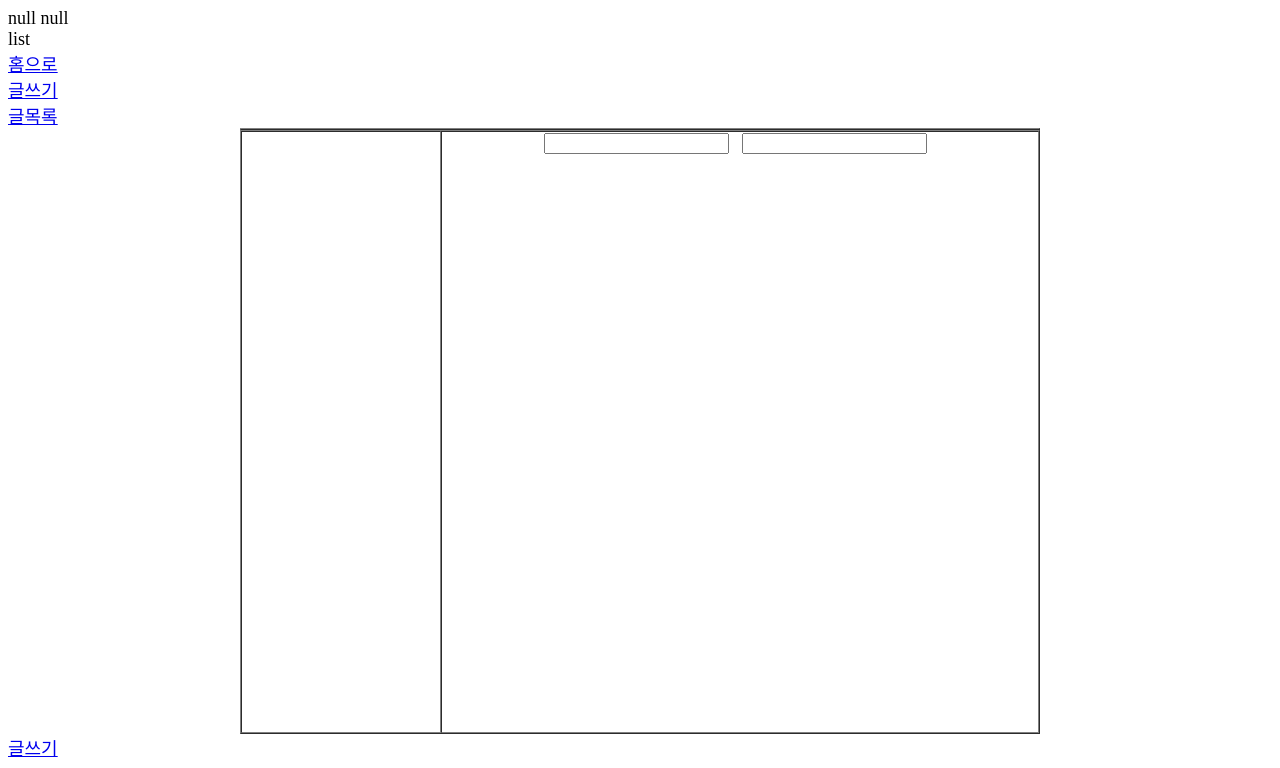
Repository: SniperDitto/save
Page: http://localhost/Boards0425/02_client/04_boards/list.jsp
An editor plug-in stored every save of this project. The page is shown before and after the next save, followed by the edit.
The browser window is 1280 px wide. The pictures show the whole page.
The page is served by Tomcat 9. Other server files are loaded and not shown.

Above is the page before, as saved 2022-05-11 08:11:30.
Console error: ReferenceError: getHMenuList is not defined

### 2022JAVA_YSH 1/JAVA/Web/Boards0425/WebContent/02_client/04_boards/list.jsp

<%@ page language="java" contentType="text/html; charset=UTF-8"
    pageEncoding="UTF-8"%>
<!DOCTYPE html>
<html>
<head>
<meta charset="UTF-8">
<title>글 목록</title>
<script type="text/javascript" src="./js/board.js"></script>
<link rel="stylesheet" href="./css/board.css">
</head>
<body onload="init()">
<%
	request.setCharacterEncoding("UTF-8");
	String hMenuID = request.getParameter("hMenuID");
	String lMenuID = request.getParameter("lMenuID");
	out.println(hMenuID);
	out.println(lMenuID);
	if(lMenuID==null){
		//lMenu 선택 안한 상태
		hMenuID = "MENU01";
		lMenuID = "";
	}else{
		//lMenu 선택해서 새로고침됨
	}
%>
<script type="text/javascript">

var init = function(){
	getHMenuList();
	getLMenuList("<%=hMenuID%>");
	getBoardList("<%=lMenuID%>");
}
</script>
	<div>
		<span>list</span>
	</div>
	<div>
		<a href="./list.jsp">홈으로</a>
	</div>
	<div>
		<a href="./02_client/01_boards/write.jsp">글쓰기</a>
	</div>
	<div>
		<a href="./02_client/01_boards/list.jsp">글목록</a>
	</div>
<!-- 상단메뉴테이블시작 -->
<div>
<table width="800px" align="center" border="1" cellpadding="0" cellspacing="0">
	<tr id="hMenus">
	</tr>
</table>
</div>
<!-- 상단메뉴테이블끝 -->
<!-- 하단메뉴테이블시작 -->
<div>
<table width="800px" align="center" border="1" cellpadding="0" cellspacing="0">
	<tr>
		<td width="200px" height="600px" align="center" valign="top">
			<!-- 서브메뉴테이블 -->
			<div id="LMenus"></div>
		</td>
		<td width="600px" height="600px" align="center" valign="top">
			<!-- 로그인시작 -->
			<div id="login">
				<input type="text" name="userID" id="userID"/>&nbsp;&nbsp;
				<input type="password" name="userPass" id="userPass"/>&nbsp;&nbsp;
			</div>
			<!-- 로그인끝 -->
			<!-- 내용시작 -->
			<div id="boards">

			</div>
			<!-- 내용끝 -->
		</td>
	</tr>
</table>
</div>
<!-- 하단메뉴테이블끝 -->
	<a href="./write.jsp">글쓰기</a>
</body>
</html>

### 2022JAVA_YSH 1/JAVA/Web/Boards0425/WebContent/02_client/04_boards/css/board.css
@charset "UTF-8";

body{
	font-size:18px;

}

.row{
	border:0px solid black;
	align:center;
	clear:both;
}

.idx{
	width:60px;
	height:40px;
	display:block;
	float:left;
	border:1px solid black;
	align:center;
}

.title{
	width:250px;
	height:40px;
	display:block;
	float:left;
	border:1px solid black;
	align:center;
}

.userID{
	width:130px;
	height:40px;
	display:block;
	float:left;
	border:1px solid black;
	align:center;
}

.regdate{
	width:140px;
	height:40px;
	display:block;
	float:left;
	border:1px solid black;
	align:center;
}

Loaded but not shown: 2022JAVA_YSH 1/JAVA/Web/Boards0425/WebContent/02_client/04_boards/js/board.js (no copy from this time; the picture is the same without it)

After the next save:
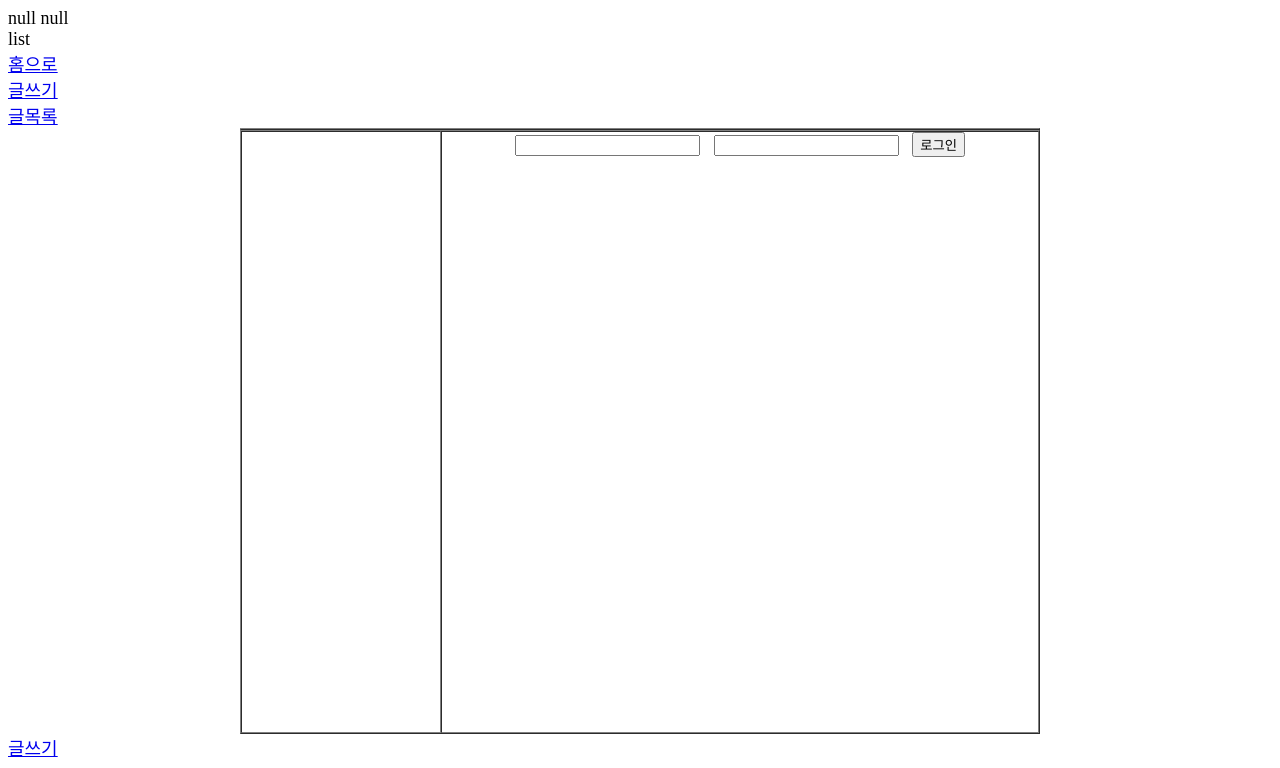
Saved 19 s later.
--- a/2022JAVA_YSH 1/JAVA/Web/Boards0425/WebContent/02_client/04_boards/list.jsp
+++ b/2022JAVA_YSH 1/JAVA/Web/Boards0425/WebContent/02_client/04_boards/list.jsp
@@ -65,6 +65,7 @@ var init = function(){
 			<div id="login">
 				<input type="text" name="userID" id="userID"/>&nbsp;&nbsp;
 				<input type="password" name="userPass" id="userPass"/>&nbsp;&nbsp;
+				<input type="button" value="로그인"/>
 			</div>
 			<!-- 로그인끝 -->
 			<!-- 내용시작 -->
